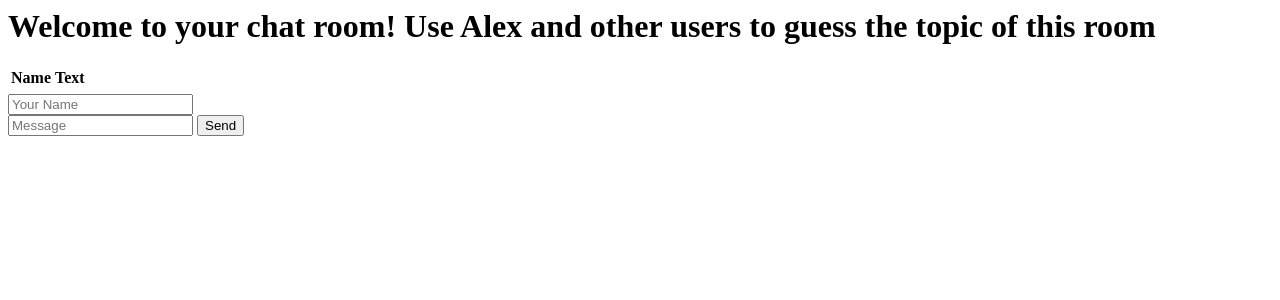
Repository: benhandanyan/474chatroomapp
Page: client/chatroom.html
The author's editor kept a record of every edit. The page is drawn from the files as they stood at one moment, then again after the next edit.
The browser window is 1280 px wide. The pictures show the whole page.

Above is the page before.

### client/chatroom.html
<div>
  <div>
<!-- roomTopic probably isn't the best name for the topic / room -->
    <h1>Welcome to your chat room! Use Alex and other users to guess the topic of this room</h1>
  </div>
  <div>
    <table>
      <thead>
        <tr>
          <th class="name">Name</th>
          <th class="text">Text</th>
        </tr>
      </thead>
      <tbody>
<!-- I'm keeping a set of messages since your login, not an array of messages since the rooms creation. Each message has
a name property, a text property, and a room property. -->
        <tr ng-repeat="msg in messages">
          <td class="name" ng-bind="msg.name"></td>
          <td class="text" ng-bind="msg.text"></td>
        </tr>
      </tbody>
    </table>
    <div>
<!-- Forms are another old school hack converted into something modern.  Pre javascript forms were the main way to get
data from the HTML to the server-side script.  They are set up so that someone clicking submit, or hitting enter would take
the data and send it using a POST to some "action" URL (normally a PHP script).
Nowadays we catch the action and don't send any data.  The reason you see them pop up on pages is because it's a fast way to let pressing enter do an action.  Otherwise you are listening for keypresses and deciding which key was pressed.  -->
      <form ng-submit="send()">
        <div class="name">
<!-- Technically I'm not using setName() in my app anymore, I changed the server side to be simple, I left it in... again sue away you litigation fiend... -->
          <input type="text" ng-model="name" ng-change="setName()" placeholder="Your Name">
        </div>
        <div>
<!-- The ng-model attributes everywhere are what allow my inputs to communicate with the javascript "controller" code.  It is one of the main charms of Angular (soon to be replaced by something similar but different.-->
          <input type="text" ng-model="text" placeholder="Message">
<!-- ng-disabled and ng-submit are angular built in functions that handle common situations.  This disabled will keep the button from being clickable while there is not any value for text.  The ng-submit at the start of the form is to prevent an actual page refresh and form submission action (try making a form with a submit button and clicking enter, your page will behave oddly.-->
<!-- most of the classes you see are for Twitter Bootstrap, not even the latest (responsive) version.  Again I've taken much from the cloud9 startup code. -->
          <input type="submit" value="Send" ng-disabled="!text">
        </div>
      </form>
    </div>
  </div>
</div>

After the next edit:
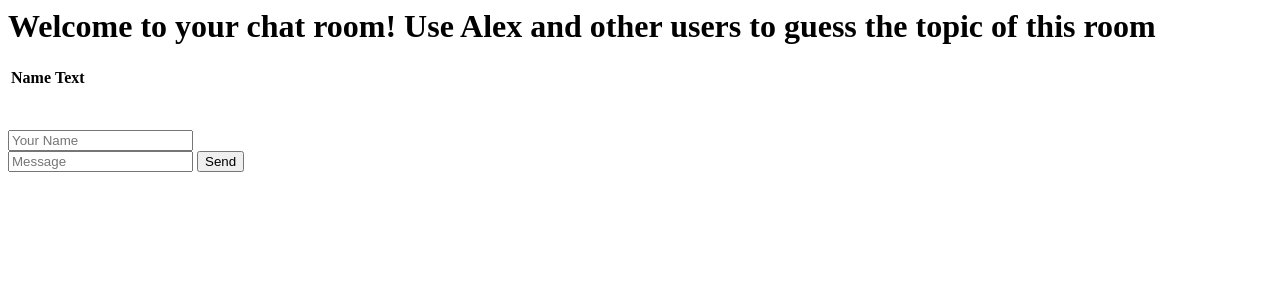
The edit:
--- a/client/chatroom.html
+++ b/client/chatroom.html
@@ -20,7 +20,7 @@
         </tr>
       </tbody>
     </table>
-    <div>
+    <div><br><br>
 <!-- Forms are another old school hack converted into something modern.  Pre javascript forms were the main way to get
 data from the HTML to the server-side script.  They are set up so that someone clicking submit, or hitting enter would take
 the data and send it using a POST to some "action" URL (normally a PHP script).
